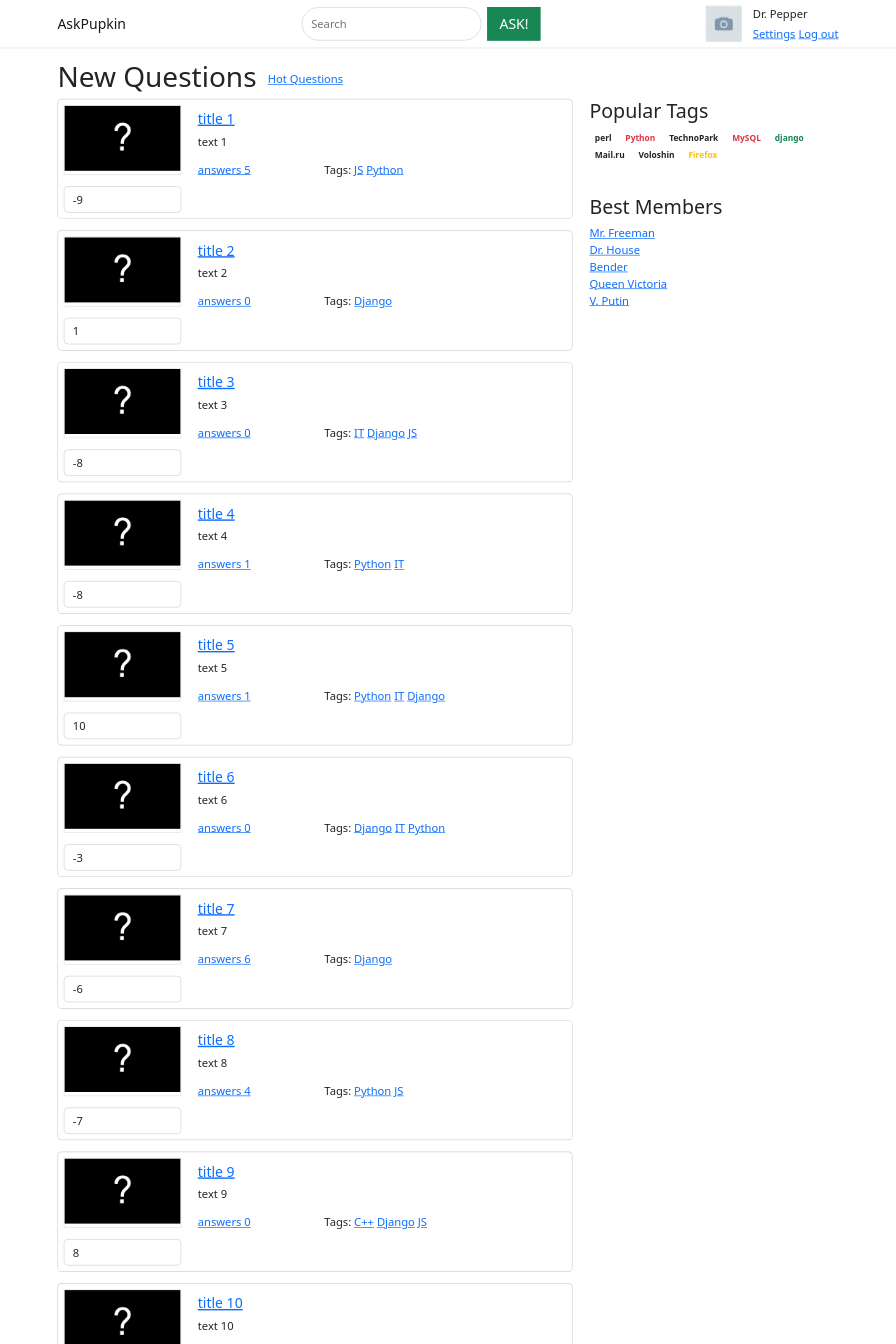
Repository: MiniDan21/askme_molchanov_django
Page: http://localhost/
An editor plug-in stored every save of this project. The page is shown before and after the next save, followed by the edit.
The browser window is 1280 px wide. The pictures show the part of the page from y = 0 to 1920 px (the page is 5647 px tall), at 70% of full size.
The page is served by the project's application, run on Django 5.2 (manage.py). Other server files are loaded and not shown.

Above is the page before, as saved 2024-04-09 18:16:09.

### templates/index.html
{% extends "layouts/base.html" %}

{% block main %}
      <div class="d-flex gap-3 align-items-center">
        <h1>New Questions </h1>
        <a href="/hot">Hot Questions</a>
      </div>
      <div class="row">
        <div class="col-8">
          {% for question in questions %}
          <article class="card mb-3 w-100">
            <div class="row g-0">
              <div class="col-3 p-2">
                <div
                  class="border w-100 mb-3 overflow-hidden"
                  style="height: 100px"
                >
                  <img
                    src="{{ question.avatar }}"
                    class="img-fluid"
                    alt="..."
                  />
                </div>
                <div class="input-group flex-nowrap">
                  <input
                    type="number"
                    value="{{ question.likes }}"
                    class="form-control"
                  />
                </div>
              </div>
              <div class="col">
                <div class="card-body">
                  <h5 class="card-title">
                    <a href="{% url "question" question.id %}">{{ question.title }}</a>
                  </h5>
                  <p class="card-text">
                    {{ question.text }}
                  </p>
                  <div class="row">
                    <a
                      class="col-4"
                      href="{% url "question" question.id %}"
                    >{{ question.answers }}</a>
                    <div class="col-8">
                      <span>Tags:</span>
                      {% for tag in question.tags %}
                        <a href="{% url "tag" tag.name %}">{{ tag.name }}</a>
                      {% endfor %}
                    </div>
                  </div>
                </div>
              </div>
            </div>
          </article>
          {% endfor %}
        {% include 'layouts/pagination.html' %}
        {% include 'layouts/popular.html' %}

    {% endblock %}

### templates/layouts/base.html
{% load static %}
<!doctype html>
<html lang="en">
  <head>
    <meta charset="utf-8"/>
    <meta
      name="viewport"
      content="width=device-width, initial-scale=1"
    />
    <title>{% block title %} ask-pipkin.com {% endblock %}</title>
    <link
      rel="stylesheet"
      type="text/css"
      href="{% static 'css/bootstrap.css' %}"
    />
    <link
      rel="stylesheet"
      type="text/css"
      href="{% static 'css/custom.css' %}"
    />
  </head>
  <body>
    <nav class="navbar bg-body-tertiary border-bottom">
      {% block navbar %}
      <div class="container-sm-fluid container-lg">
        <a class="navbar-brand">AskPupkin</a>
        <form
          class="d-flex"
          role="search"
        >
          <input
            class="form-control me-2 rounded-pill"
            type="search"
            placeholder="Search"
            aria-label="Search"
          />
          <button
            class="btn btn-success btn-lg rounded-0"
            type="submit"
          >ASK!</button>
        </form>
        <div class="d-flex justify-content-between gap-3">
          {% include 'layouts/loged_in.html' %}
        </div>
      </div>
    {% endblock %}
    </nav>
    <main class="container-fluid container-lg mt-3">
      {% block main %}
        block main
      {% endblock %}
    </main>
    <!-- <footer class="fixed-bottom p-3 bg-light">
      {% block footer %}
      <div class="container">
        <span class="text-muted">Place sticky footer content here.</span>
      </div>
      {% endblock %}
    </footer> -->
    <script src="../static/js/bootstrap.bundle.min.js"></script>
  </body>
</html>

### templates/layouts/loged_in.html
{% if user %}
<div class="border">
  <img
    src="../static/img/alter_avatar.jpg"
    alt="Avatar"
    width="50"
    height="50"
  />
</div>
<div class="d-flex flex-column justify-content-between">
  <div>{{user.nickmame|default:"Dr. Pepper"}}</div>
  <div>
    <a href="{% url 'settings' %}">Settings</a>
    <a href="{% url 'logout' %}">Log out</a>
  </div>
</div>
{% else %}
<div class="d-flex flex-column justify-content-between">
  <div>
    <a href="{% url 'login' %}">log in</a>
    <a href="{% url 'signup' %}">sign up</a>
  </div>
</div>
{% endif %}

### templates/layouts/pagination.html
<nav aria-label="Page navigation example">
    <ul class="pagination">
      <li
        class="page-item active"
        aria-current="page"
      >
        <span class="page-link">1</span>
      </li>
      <li class="page-item">
        <a
          class="page-link"
          href="#"
        >2</a>
      </li>
      <li class="page-item">
        <a
          class="page-link"
          href="#"
        >...</a>
      </li>
      <li class="page-item">
        <a
          class="page-link"
          href="#"
        >21</a>
      </li>
    </ul>
  </nav>
</div>

### templates/layouts/popular.html
<div class="col-4">
    <h3>Popular Tags</h3>
    <div class="row">
      <div class="col">
        <span class="badge text-dark">perl</span>
        <span class="badge text-danger">Python</span>
        <span class="badge text-dark">TechnoPark</span>
        <span class="badge text-danger">MySQL</span>
        <span class="badge text-success">django</span>
        <span class="badge text-dark">Mail.ru</span>
        <span class="badge text-dark">Voloshin</span>
        <span class="badge text-warning">Firefox</span>
      </div>
    </div>
    <h3 class="mt-5">Best Members</h3>
    <div>
      <a
        href="/member.html"
        class="d-block"
      >
        Mr. Freeman
      </a>
      <a
        href="/member.html"
        class="d-block"
      >
        Dr. House
      </a>
      <a
        href="/member.html"
        class="d-block"
      >
        Bender
      </a>
      <a
        href="/member.html"
        class="d-block"
      >
        Queen Victoria
      </a>
      <a
        href="/member.html"
        class="d-block"
      >V. Putin</a>
    </div>
  </div>
</div>

### app/views.py
from random import randint, sample

from django.http import HttpRequest
from django.shortcuts import get_object_or_404, render, redirect


def index(request: HttpRequest):
    questions = []
    TAGS = ['IT', 'JS', 'C++', 'Python', 'Django', 'Golang']
    for i in range(1,30):
        tags = [{'name': tag} for tag in sample(TAGS, randint(1, 3))]
        questions.append({
            'title': f'title {i}',
            'id': i,
            'text': f'text {i}',
            'answers': f'answers {randint(0, 6)}',
            'tags': tags,
            'likes': randint(-10, 10),
            'avatar': '../static/img/alter_question_avatar.jpg',
        })

    return render(request, "index.html", {"questions": questions})

def question(request, id):
    return render(request, "question.html")

def tag(request, tag_name):
    return render(request, "tag.html")

def hot(request):
    questions = []
    TAGS = ['IT', 'JS', 'C++', 'Python', 'Django', 'Golang']
    for i in range(1,30):
        tags = [{'name': tag} for tag in sample(TAGS, randint(1, 3))]
        questions.append({
            'title': f'title {i}',
            'id': i,
            'text': f'text {i}',
            'answers': f'answers {randint(0, 6)}',
            'tags': tags,
            'likes': randint(10, 20),
            'avatar': '../static/img/alter_question_avatar.jpg',
        })

    return render(request, "hot.html", {"questions": sorted(questions, key=lambda x: x['likes'])[::-1]})


def signup(request):
    return render(request, "signup.html")

def login(request):
    return render(request, "login.html")

def ask(request):
    return render(request, "ask.html")

def logout(request: HttpRequest):
    response = redirect('index', permanent=False) # replace redirect with HttpResponse or render
    user = dict(
        auth=False,
    )
    response.cookies['user'] = user
    return response

def settings(request):
    return render(request, "settings.html")

### askme_molchanov_django/urls.py
"""
URL configuration for askme_molchanov_django project.

The `urlpatterns` list routes URLs to views. For more information please see:
    https://docs.djangoproject.com/en/5.0/topics/http/urls/
Examples:
Function views
    1. Add an import:  from my_app import views
    2. Add a URL to urlpatterns:  path('', views.home, name='home')
Class-based views
    1. Add an import:  from other_app.views import Home
    2. Add a URL to urlpatterns:  path('', Home.as_view(), name='home')
Including another URLconf
    1. Import the include() function: from django.urls import include, path
    2. Add a URL to urlpatterns:  path('blog/', include('blog.urls'))
"""
from django.contrib import admin
from django.urls import path, include

urlpatterns = [
    path("", include("app.urls")),
    path('admin/', admin.site.urls),
]

### app/urls.py
from django.urls import path

from . import views

urlpatterns = [
    path("", views.index, name="index"),
    path("question/<int:id>", views.question, name="question"),
    path("tag/<str:tag_name>", views.tag, name="tag"),
    path("hot", views.hot, name="hot"),
    path("ask", views.ask, name="ask"),
    path("login", views.login, name="login"),
    path("signup", views.signup, name="signup"),
    path("logout", views.logout, name="logout"),
    path("settings", views.settings, name="settings"),
    # # ex: /polls/5/
    # path("<int:question_id>/", views.detail, name="detail"),
    # # ex: /polls/5/results/
    # path("<int:question_id>/results/", views.results, name="results"),
    # # ex: /polls/5/vote/
    # path("<int:question_id>/vote/", views.vote, name="vote"),
]

### static/css/custom.css
textarea{
    resize: none;
}

.pagination {
    --bs-pagination-padding-x: 0.75rem;
    --bs-pagination-padding-y: 0.375rem;
    --bs-pagination-font-size: 1rem;
    --bs-pagination-color: var(--bs-link-color);
    --bs-pagination-bg: #fff;
    --bs-pagination-border-width: 1px;
    --bs-pagination-border-color: #dee2e6;
    --bs-pagination-border-radius: 0.375rem;
    --bs-pagination-hover-color: var(--bs-link-hover-color);
    --bs-pagination-hover-bg: #e9ecef;
    --bs-pagination-hover-border-color: #dee2e6;
    --bs-pagination-focus-color: var(--bs-link-hover-color);
    --bs-pagination-focus-bg: #e9ecef;
    --bs-pagination-focus-box-shadow: 0 0 0 0.25rem rgba(108, 117, 125, 0.25);
    --bs-pagination-active-color: #fff;
    --bs-pagination-active-bg: var(--bs-gray-dark);
    --bs-pagination-active-border-color: var(--bs-gray-900);
    --bs-pagination-disabled-color: #6c757d;
    --bs-pagination-disabled-bg: #fff;
    --bs-pagination-disabled-border-color: #dee2e6;
    display: flex;
    padding-left: 0;
    list-style: none;
  }

Loaded but not shown: static/css/bootstrap.css (library); static/js/bootstrap.bundle.min.js (library)

After the next save:
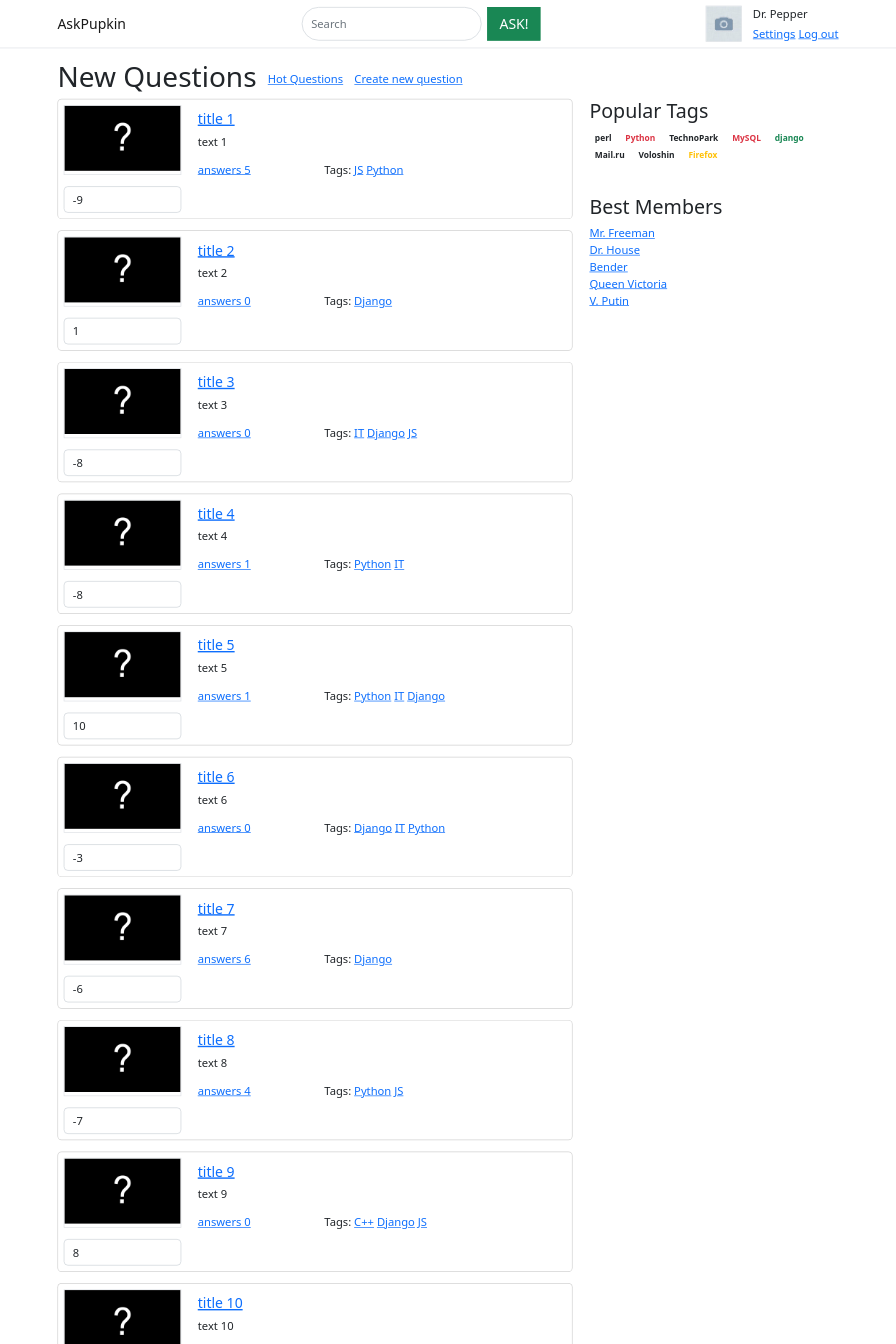
Saved 97 s later.
--- a/templates/index.html
+++ b/templates/index.html
@@ -4,6 +4,7 @@
       <div class="d-flex gap-3 align-items-center">
         <h1>New Questions </h1>
         <a href="/hot">Hot Questions</a>
+        <a href="/hot">Create new question</a>
       </div>
       <div class="row">
         <div class="col-8">
